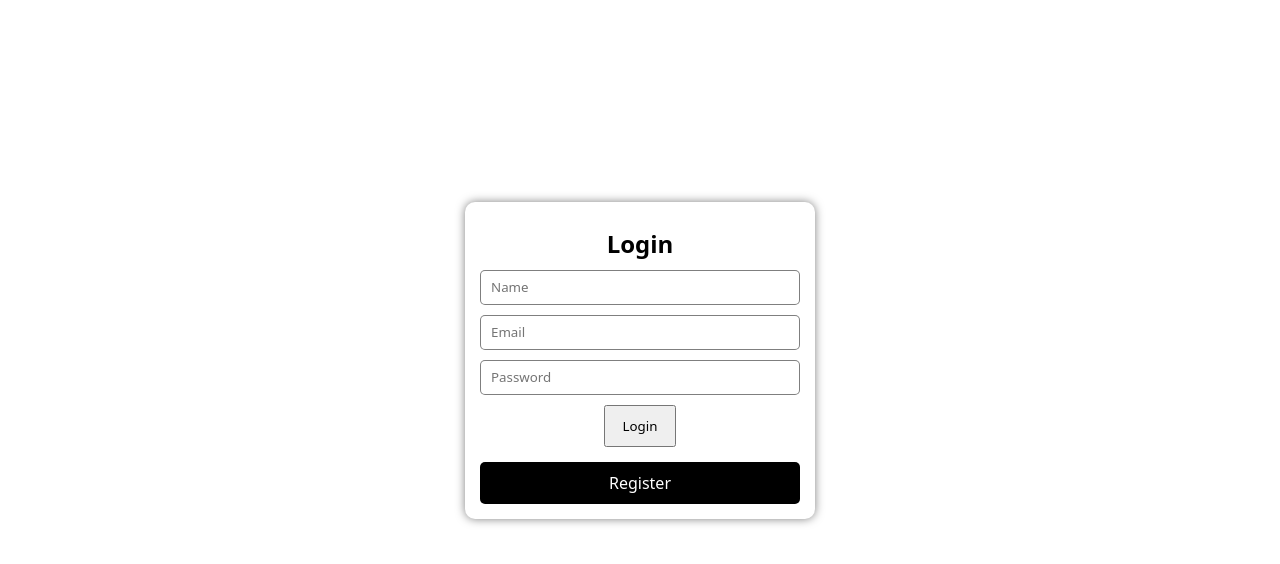
Repository: SanjaySokal/learn-java
Page: http://localhost/ServletProject/login.jsp
The author's editor kept a copy of each file at every save. The page is drawn from the files as they stood at one save, then again after the next save.
The browser window is 1280 px wide. The pictures show the whole page.
The page is served by Tomcat 9.

Above is the page before, as saved 2023-09-09 03:21:21.

After the next save:
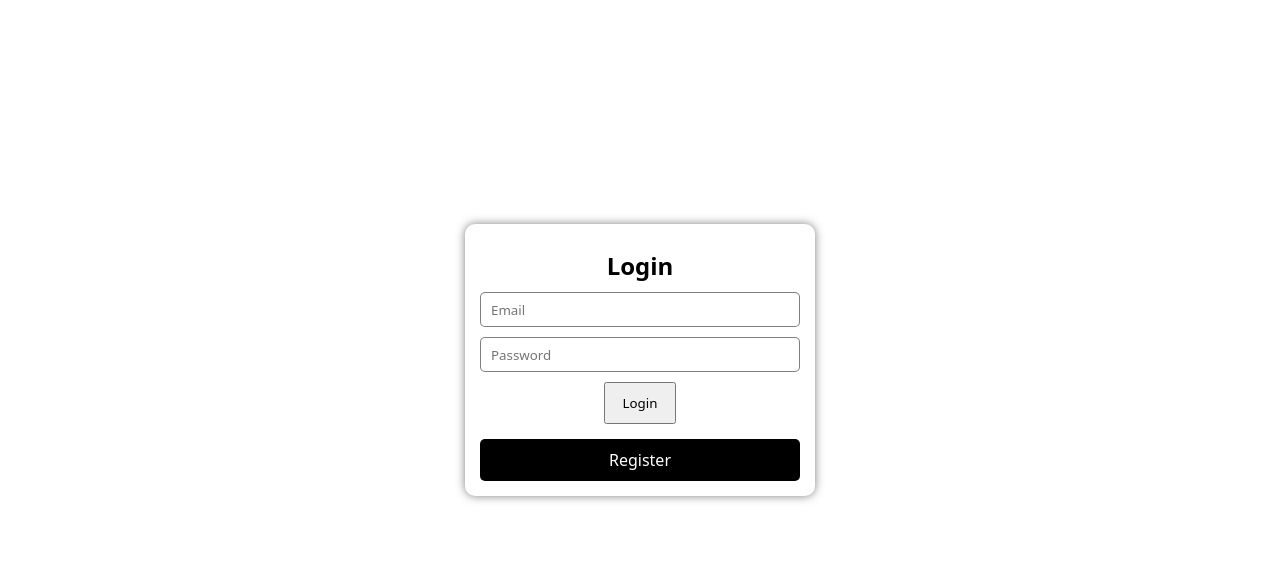
Saved 22 s later.
--- a/ServletProject/src/main/webapp/login.jsp
+++ b/ServletProject/src/main/webapp/login.jsp
@@ -11,7 +11,6 @@
 	<div class="body-center">
 		<form method="post" action="register">
 			<h2>Login</h2>
-			<input type="text" placeholder="Name" name="name" required>
 			<input type="email" placeholder="Email" name="email" required>
 			<input type="password" placeholder="Password" name="password" required>
 			<button type="submit">Login</button>
